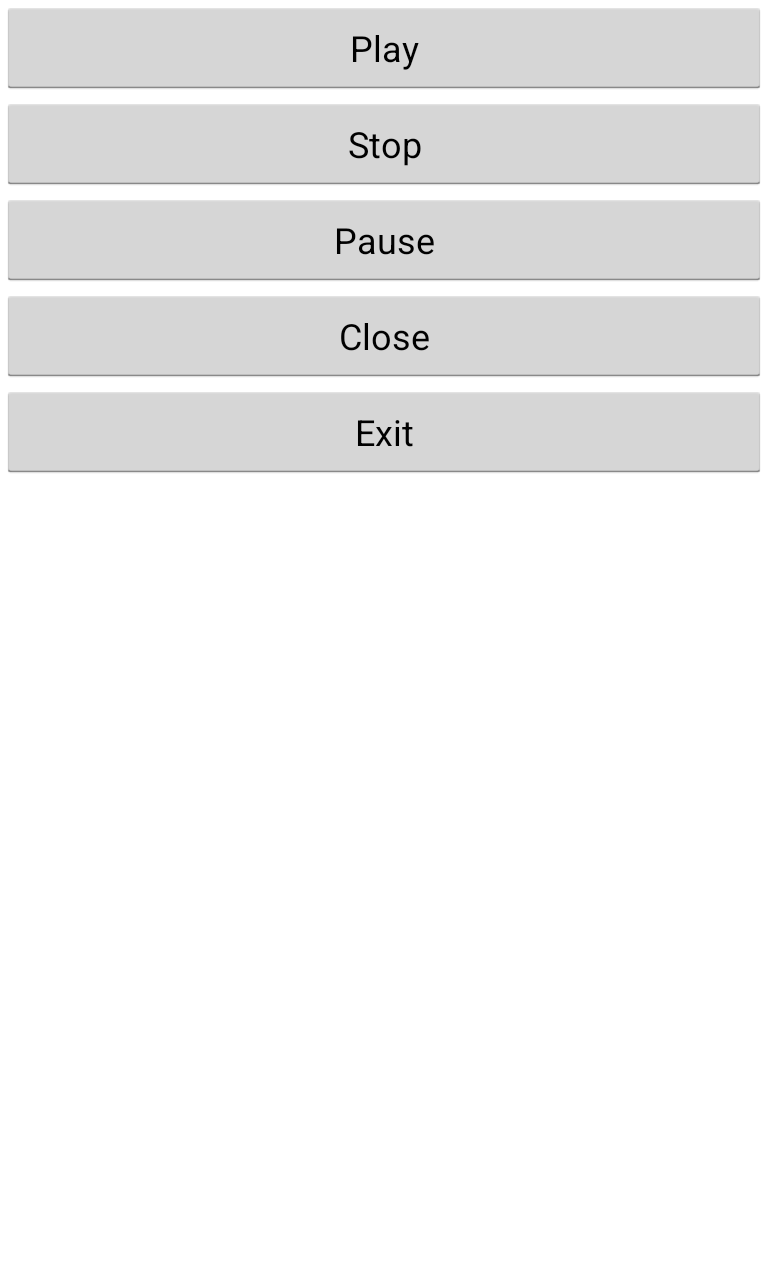
Repository: superlikex/Android_task
Layout: MusicPlayer/res/layout/activity_play.xml
The author's editor kept a copy of each file at every save. The layout is drawn from the files as they stood at one save, then again after the next save.
It is drawn on a 768 x 1280 px phone screen (xhdpi) without system bars, with theme AppTheme; the app's code is not run.

Above is the layout before, as saved 2015-12-05 06:27:37.

### MusicPlayer/res/layout/activity_play.xml
<?xml version="1.0" encoding="utf-8"?>
<LinearLayout xmlns:android="http://schemas.android.com/apk/res/android"
    android:layout_width="match_parent"
    android:layout_height="match_parent"
    android:orientation="vertical" >

    <Button
        android:id="@+id/button1"
        android:layout_width="match_parent"
        android:layout_height="wrap_content"
        android:text="Play" />

    <Button
        android:id="@+id/button2"
        android:layout_width="match_parent"
        android:layout_height="wrap_content"
        android:text="Stop" />

    <Button
        android:id="@+id/button3"
        android:layout_width="match_parent"
        android:layout_height="wrap_content"
        android:text="Pause" />

    <Button
        android:id="@+id/button5"
        android:layout_width="match_parent"
        android:layout_height="wrap_content"
        android:text="Close" />

    <Button
        android:id="@+id/button4"
        android:layout_width="match_parent"
        android:layout_height="wrap_content"
        android:text="Exit" />

</LinearLayout>

Loaded but not shown: MusicPlayer/res/values/styles.xml (common file); MusicPlayer/res/values-v11/styles.xml (common file); MusicPlayer/res/values-v14/styles.xml (common file)

After the next save:
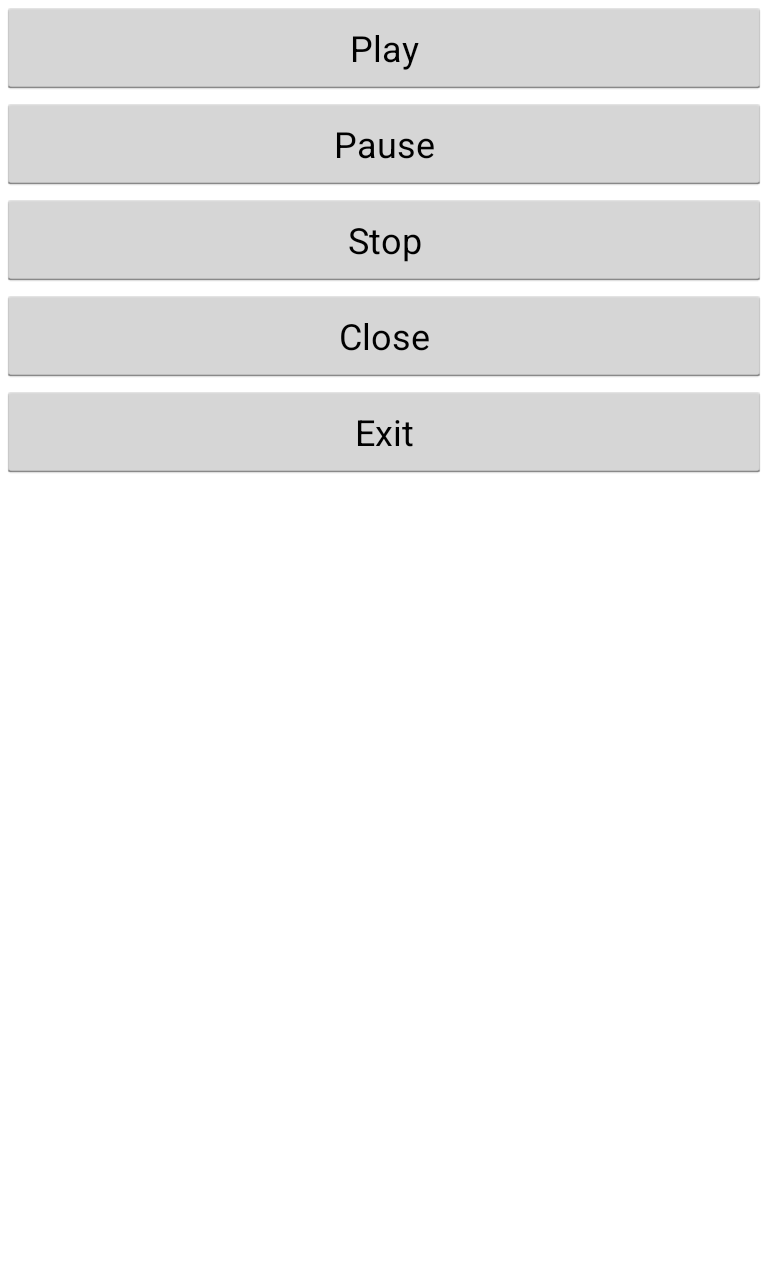
Saved 25 min 57 s later.
--- a/MusicPlayer/res/layout/activity_play.xml
+++ b/MusicPlayer/res/layout/activity_play.xml
@@ -5,31 +5,32 @@
     android:orientation="vertical" >
 
     <Button
-        android:id="@+id/button1"
+        android:id="@+id/bt_play"
         android:layout_width="match_parent"
         android:layout_height="wrap_content"
         android:text="Play" />
 
+
     <Button
-        android:id="@+id/button2"
+        android:id="@+id/bt_pause"
+        android:layout_width="match_parent"
+        android:layout_height="wrap_content"
+        android:text="Pause" />
+     <Button
+        android:id="@+id/bt_stop"
         android:layout_width="match_parent"
         android:layout_height="wrap_content"
         android:text="Stop" />
 
-    <Button
-        android:id="@+id/button3"
-        android:layout_width="match_parent"
-        android:layout_height="wrap_content"
-        android:text="Pause" />
 
     <Button
-        android:id="@+id/button5"
+        android:id="@+id/bt_close"
         android:layout_width="match_parent"
         android:layout_height="wrap_content"
         android:text="Close" />
 
     <Button
-        android:id="@+id/button4"
+        android:id="@+id/bt_exit"
         android:layout_width="match_parent"
         android:layout_height="wrap_content"
         android:text="Exit" />
